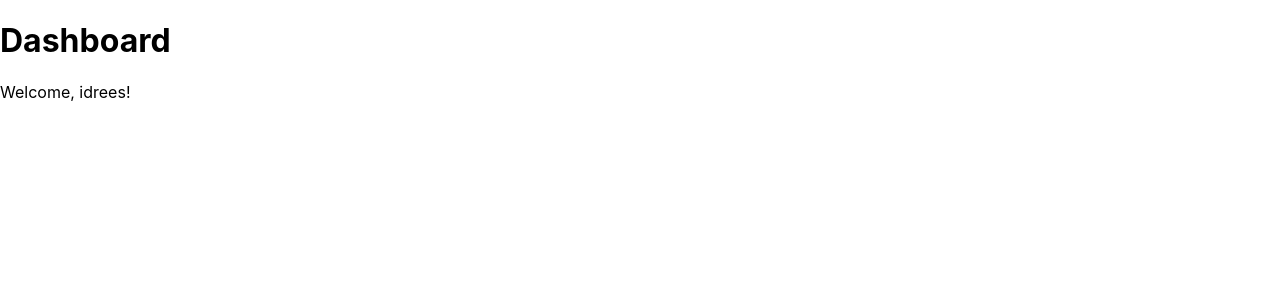
Repository: Idrees-Mo/shop-admin
Page: /
These files come from the project's save history. The page is drawn as it stood at one moment and after the next save; the edit follows.
The browser window is 1280 px wide. The pictures show the whole page.
The project was rebuilt for these pictures with package versions that can differ from the ones it lists, and the page was loaded fresh each time. Also part of the build but not shown: src/App.css.

Above is the page before, as saved 2025-10-23 10:43:31.

After the next save:
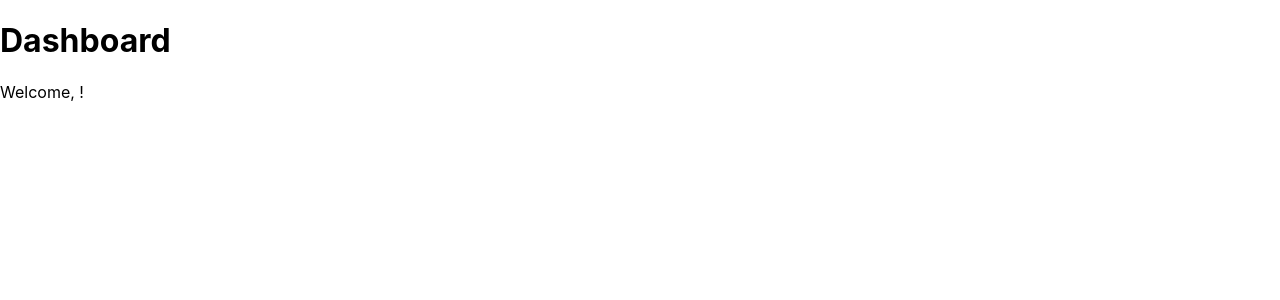
Saved 5 min 38 s later.
--- a/src/contexts/AuthContext.js
+++ b/src/contexts/AuthContext.js
@@ -1,14 +1,29 @@
-import { createContext, useContext } from "react";
+import { createContext, useContext, useState } from "react";
 
 const AuthContext = createContext();
 
 export const AuthProvider = ({ children }) => {
-  // Authentication logic would go here
-  return (
-    <AuthContext.Provider value={{ user: "idrees" }}>
-      {children}
-    </AuthContext.Provider>
-  );
+  const [user, setUser] = useState(null);
+  const [loading, setLoading] = useState(true);
+
+  const loging = async (username, password) => {
+    // Simulate an API call
+    return new Promise((resolve) => {
+      setTimeout(() => {
+        setUser(username);
+        setLoading(false);
+        resolve();
+      }, 1000);
+    });
+  };
+
+  const logout = () => {
+    setUser(null);
+  };
+
+  const value = { user, setUser, loading, loging, logout };
+
+  return <AuthContext.Provider value={value}>{children}</AuthContext.Provider>;
 };
 
 export const useAuth = () => {
